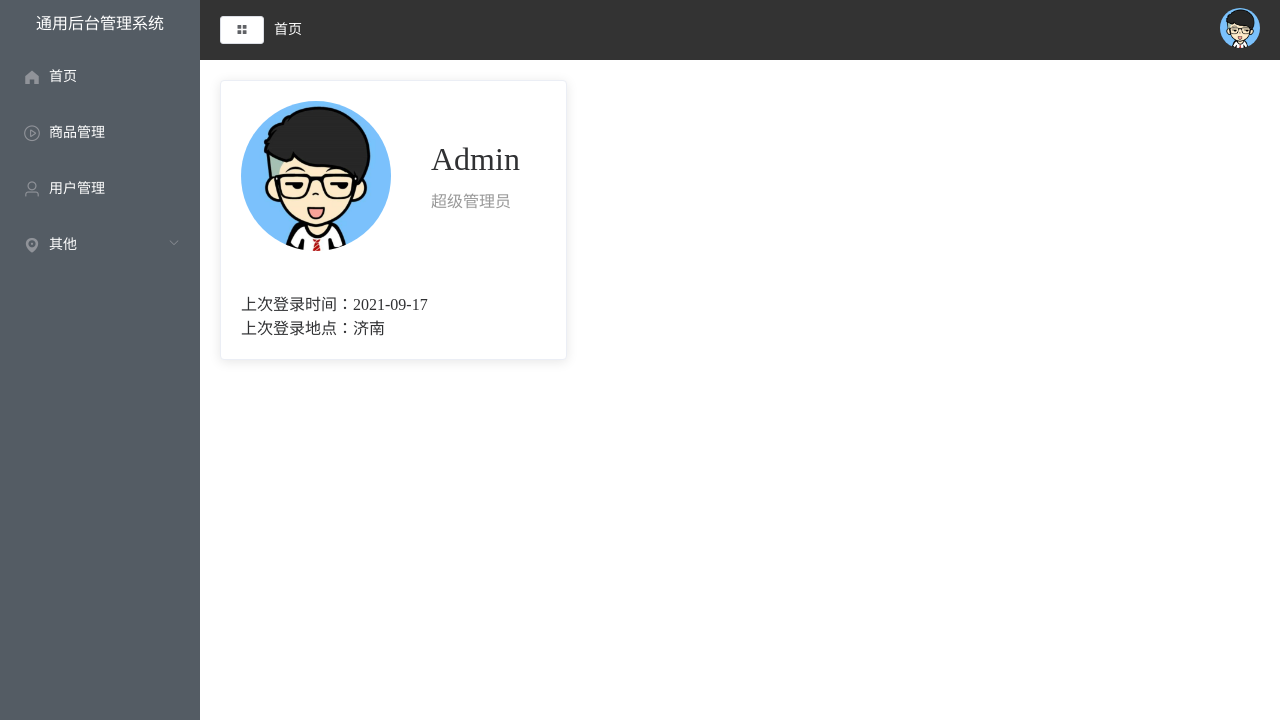
Repository: Francis200214/my-app
Page: /
The author's editor kept a copy of each file at every save. The page is drawn from the files as they stood at one save, then again after a run of saves.
The browser window is 1280 px wide. The pictures show the whole page.
The project was rebuilt for these pictures with package versions that can differ from the ones it lists, and the page was loaded fresh each time. Also part of the build but not shown: vue.config.js, src/views/User.vue, src/views/Mall.vue, src/views/other/PageOne.vue, src/views/other/PageTwo.vue.

Above is the page before, as saved 2023-05-21 15:40:59.

After the next 3 saves:
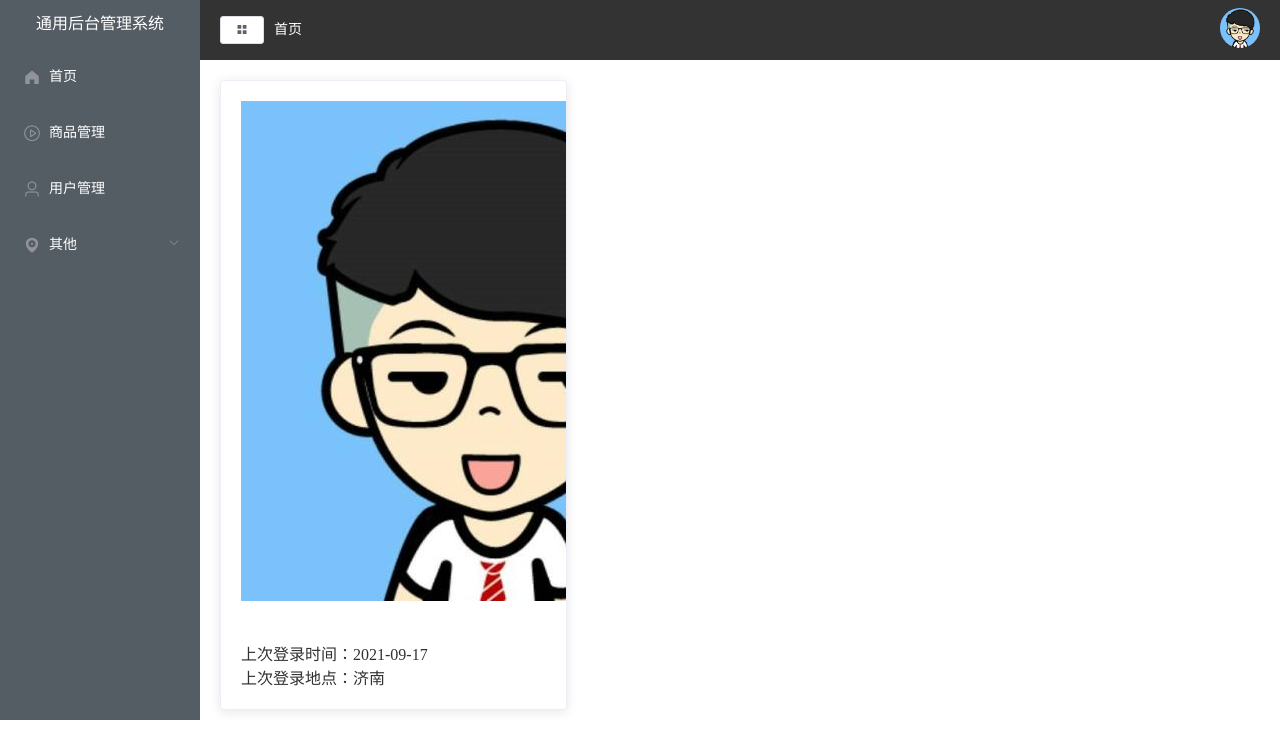
The 3 saves are shown as one change because they came seconds apart.
The last was saved 7 s later.
--- a/src/views/Home.vue
+++ b/src/views/Home.vue
@@ -28,6 +28,7 @@
     align-items: center;
     padding-bottom: 20px;
     margin-bottom: 20px;
+    border-bu
 
     img {
         width: 150px;

After the save that followed:
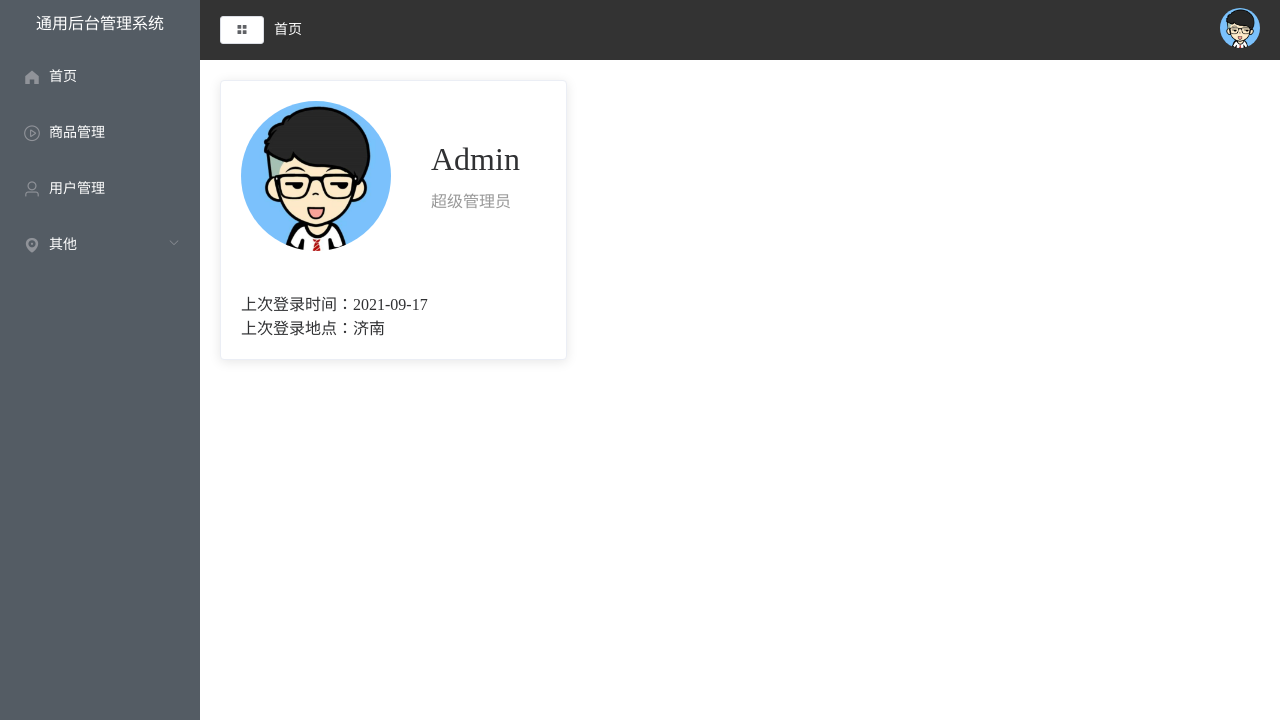
Saved 7 s later.
--- a/src/views/Home.vue
+++ b/src/views/Home.vue
@@ -28,7 +28,7 @@
     align-items: center;
     padding-bottom: 20px;
     margin-bottom: 20px;
-    border-bu
+    border-bottom: ;
 
     img {
         width: 150px;
